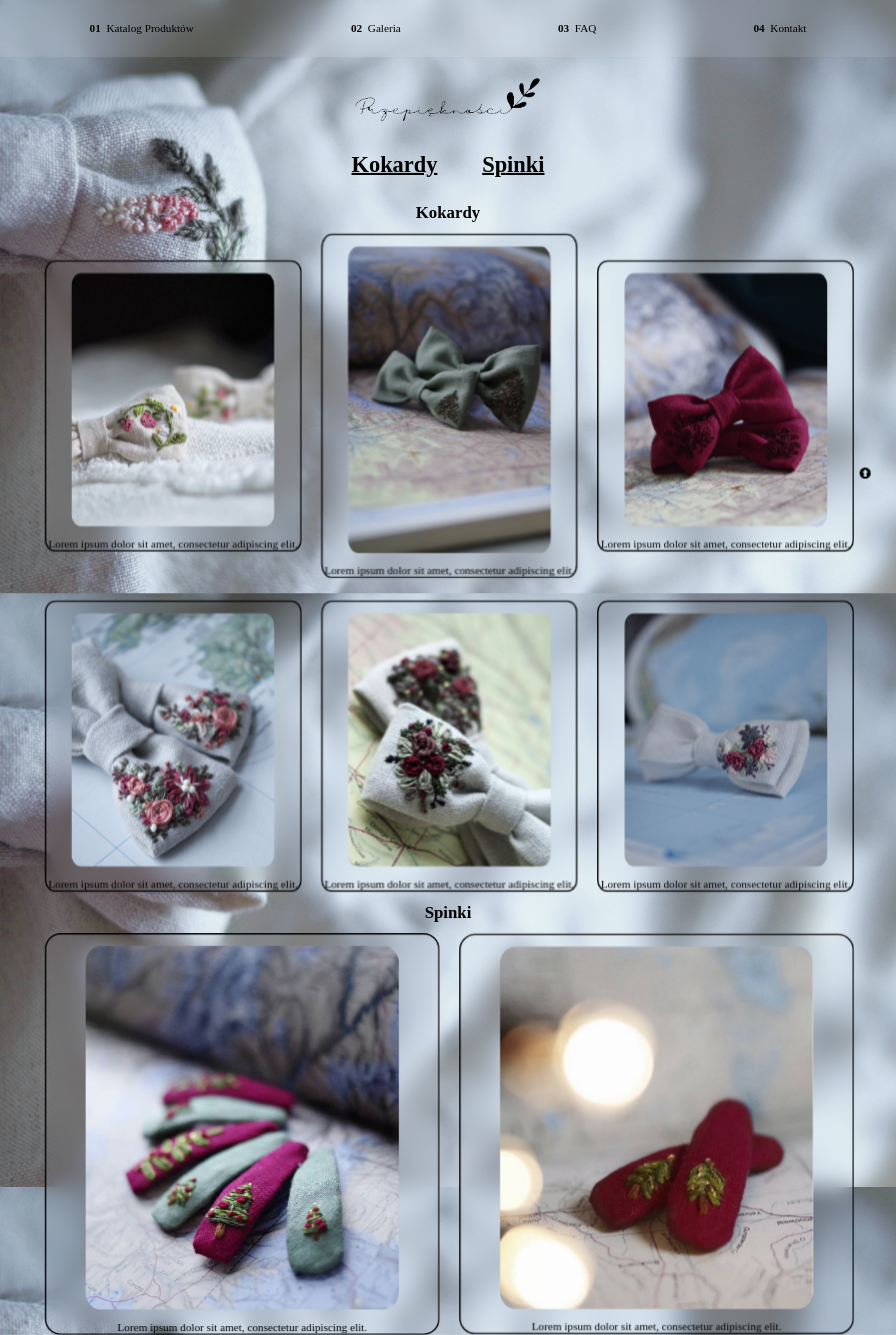
Repository: kowalkos/Rak_projekt
Page: /produkty
These files come from the project's save history. The page is drawn as it stood at one moment and after the next save; the edit follows.
The browser window is 1280 px wide. The pictures show the whole page, at 70% of full size.
Backgrounds fixed to the window are drawn as part of the page. The project was rebuilt for these pictures with package versions that can differ from the ones it lists, and the page was loaded fresh each time. Also part of the build but not shown: src/components/galeria/Galeria.js, src/components/main/Main.js, src/components/FAQ/Faq.js, src/components/about/About.js.

Above is the page before, as saved 2022-01-16 18:48:57.

After the next save:
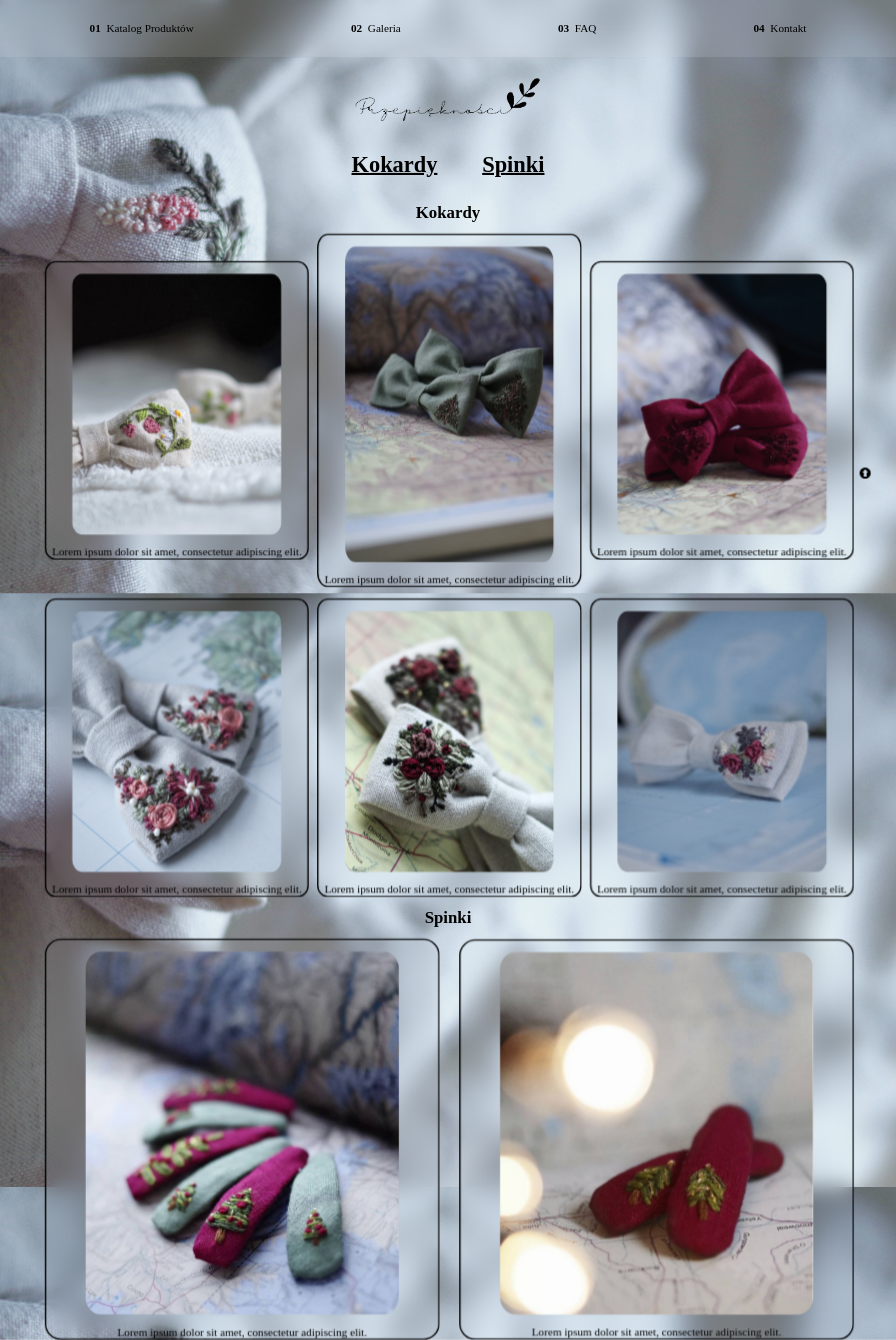
Saved 15 s later.
--- a/src/components/produkty/Produkt.css
+++ b/src/components/produkty/Produkt.css
@@ -55,7 +55,7 @@ h2{
    margin: 0 auto;
     display: grid;
     grid-template-columns: repeat(3,1fr);
-    gap:2rem 2rem;
+    gap:1rem 1rem;
 }
 .col-span
 {
